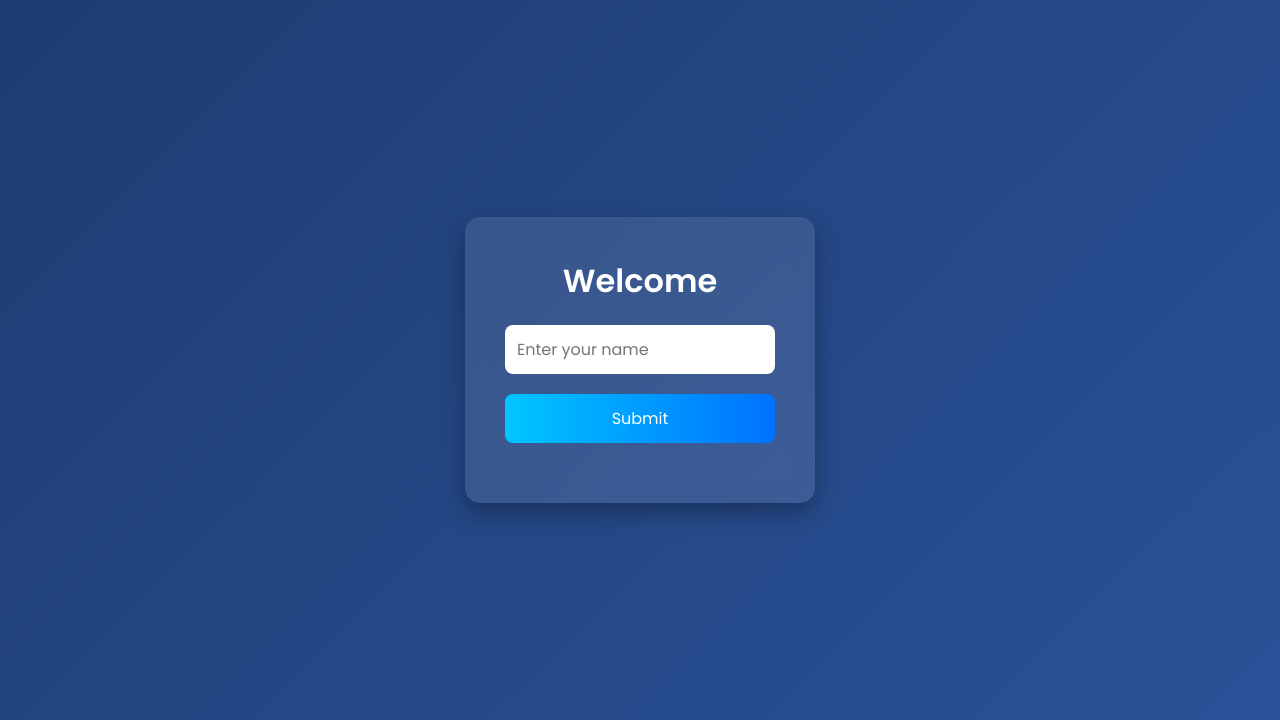
Repository: pramod1302/websit-demo-bca
Page: demo.html
These files come from the project's save history. The page is drawn as it stood at one moment and after the next save; the edit follows.
The browser window is 1280 px wide. The pictures show the whole page.

Above is the page before, as saved 2026-04-07 10:07:40.

After the next save:
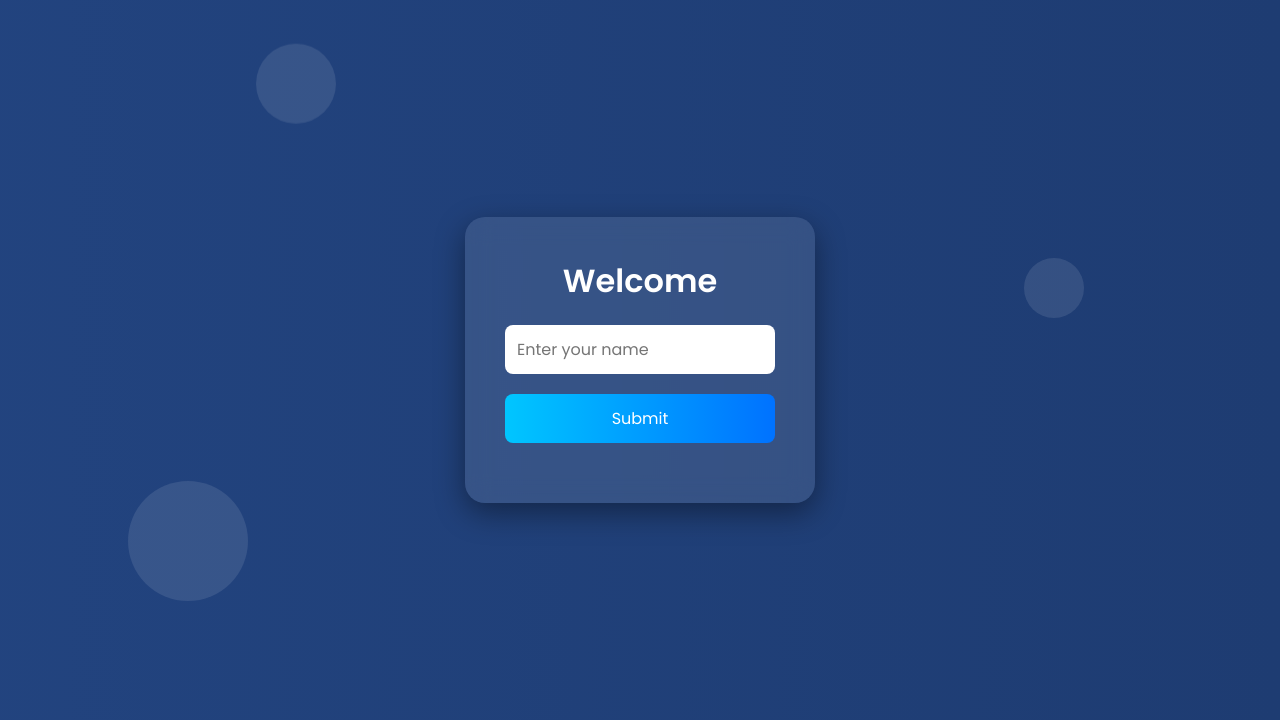
Saved 2 min 52 s later.
--- a/demo.html
+++ b/demo.html
@@ -18,23 +18,44 @@
       display: flex;
       align-items: center;
       justify-content: center;
-      background: linear-gradient(135deg, #1e3c72, #2a5298);
+      background: linear-gradient(270deg, #1e3c72, #2a5298, #00c6ff);
+      background-size: 600% 600%;
+      animation: gradientMove 10s ease infinite;
       color: #fff;
+      overflow: hidden;
+    }
+
+    @keyframes gradientMove {
+      0% { background-position: 0% 50%; }
+      50% { background-position: 100% 50%; }
+      100% { background-position: 0% 50%; }
     }
 
     .container {
       background: rgba(255, 255, 255, 0.1);
-      backdrop-filter: blur(10px);
+      backdrop-filter: blur(12px);
       padding: 40px;
-      border-radius: 15px;
+      border-radius: 20px;
       width: 350px;
       text-align: center;
-      box-shadow: 0 10px 25px rgba(0,0,0,0.3);
+      box-shadow: 0 10px 30px rgba(0,0,0,0.4);
+      animation: fadeIn 1.5s ease;
+    }
+
+    @keyframes fadeIn {
+      from { opacity: 0; transform: translateY(20px); }
+      to { opacity: 1; transform: translateY(0); }
     }
 
     h1 {
       margin-bottom: 20px;
       font-weight: 600;
+      animation: slideDown 1s ease;
+    }
+
+    @keyframes slideDown {
+      from { opacity: 0; transform: translateY(-20px); }
+      to { opacity: 1; transform: translateY(0); }
     }
 
     input {
@@ -45,6 +66,12 @@
       outline: none;
       margin-bottom: 20px;
       font-size: 16px;
+      transition: 0.3s;
+    }
+
+    input:focus {
+      transform: scale(1.05);
+      box-shadow: 0 0 10px rgba(0,198,255,0.7);
     }
 
     button {
@@ -52,7 +79,6 @@
       padding: 12px;
       border: none;
       border-radius: 8px;
-      background: #00c6ff;
       background: linear-gradient(to right, #00c6ff, #0072ff);
       color: #fff;
       font-size: 16px;
@@ -61,29 +87,74 @@
     }
 
     button:hover {
-      transform: scale(1.05);
-      box-shadow: 0 5px 15px rgba(0,0,0,0.3);
+      transform: scale(1.08);
+      box-shadow: 0 5px 20px rgba(0,0,0,0.4);
     }
 
     .output {
       margin-top: 20px;
       font-size: 16px;
       line-height: 1.6;
+      animation: fadeIn 1s ease;
     }
 
     .greeting {
       font-size: 18px;
       font-weight: 500;
       margin-bottom: 10px;
+      animation: pop 0.6s ease;
+    }
+
+    @keyframes pop {
+      0% { transform: scale(0.5); opacity: 0; }
+      100% { transform: scale(1); opacity: 1; }
     }
 
     .datetime {
       font-size: 14px;
       opacity: 0.9;
+      animation: fadeIn 1.5s ease;
+    }
+
+    /* Floating circles background */
+    .circle {
+      position: absolute;
+      border-radius: 50%;
+      background: rgba(255,255,255,0.1);
+      animation: float 10s infinite ease-in-out;
+    }
+
+    .circle:nth-child(1) {
+      width: 80px; height: 80px;
+      top: 10%; left: 20%;
+      animation-duration: 12s;
+    }
+
+    .circle:nth-child(2) {
+      width: 120px; height: 120px;
+      top: 70%; left: 10%;
+      animation-duration: 15s;
+    }
+
+    .circle:nth-child(3) {
+      width: 60px; height: 60px;
+      top: 40%; left: 80%;
+      animation-duration: 10s;
+    }
+
+    @keyframes float {
+      0% { transform: translateY(0px); }
+      50% { transform: translateY(-30px); }
+      100% { transform: translateY(0px); }
     }
   </style>
 </head>
 <body>
+
+  <div class="circle"></div>
+  <div class="circle"></div>
+  <div class="circle"></div>
+
   <div class="container">
     <h1>Welcome</h1>
     <input type="text" id="nameInput" placeholder="Enter your name" />
